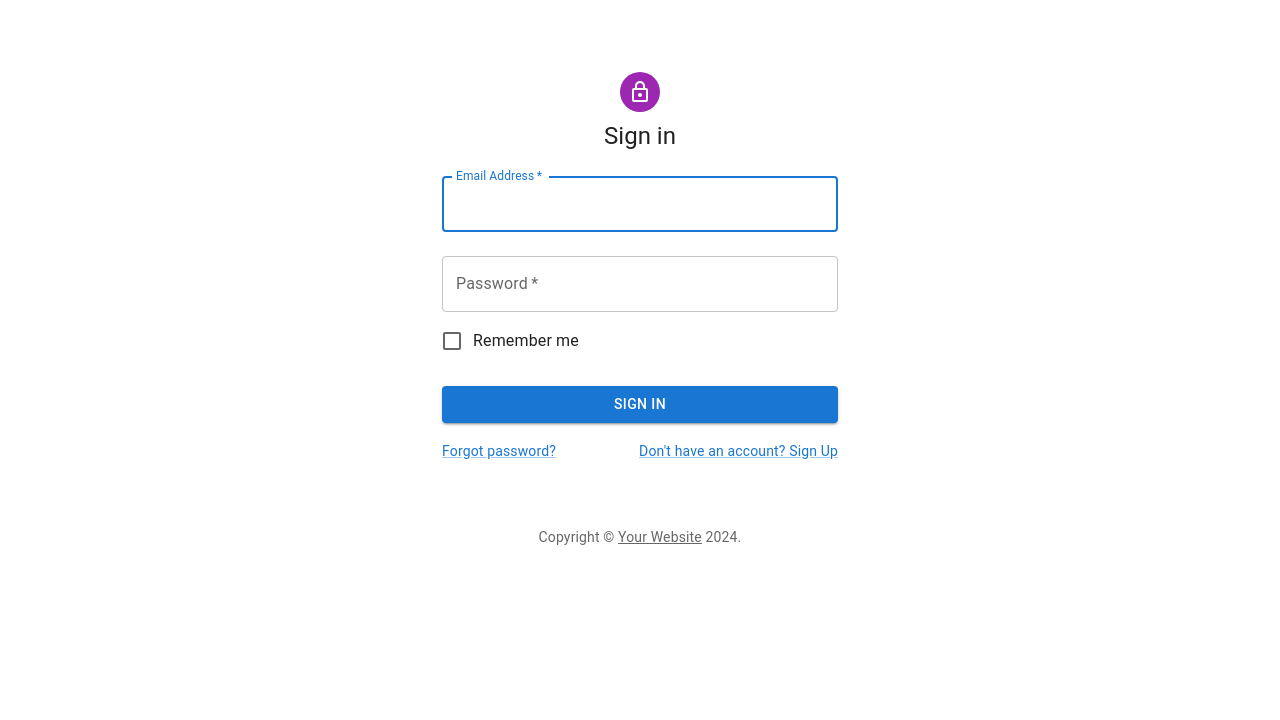
Repository: Milith97/Book-Borrowing-System
Page: /
These files come from the project's save history. The page is drawn as it stood at one moment and after the next save; the edit follows.
The browser window is 1280 px wide. The pictures show the whole page.
The project was rebuilt for these pictures with package versions that can differ from the ones it lists, and the page was loaded fresh each time. Also part of the build but not shown: vite.config.js, src/Componnts/SignUp.jsx, src/index.css.

Above is the page before, as saved 2024-03-25 13:40:16.

After the next save:
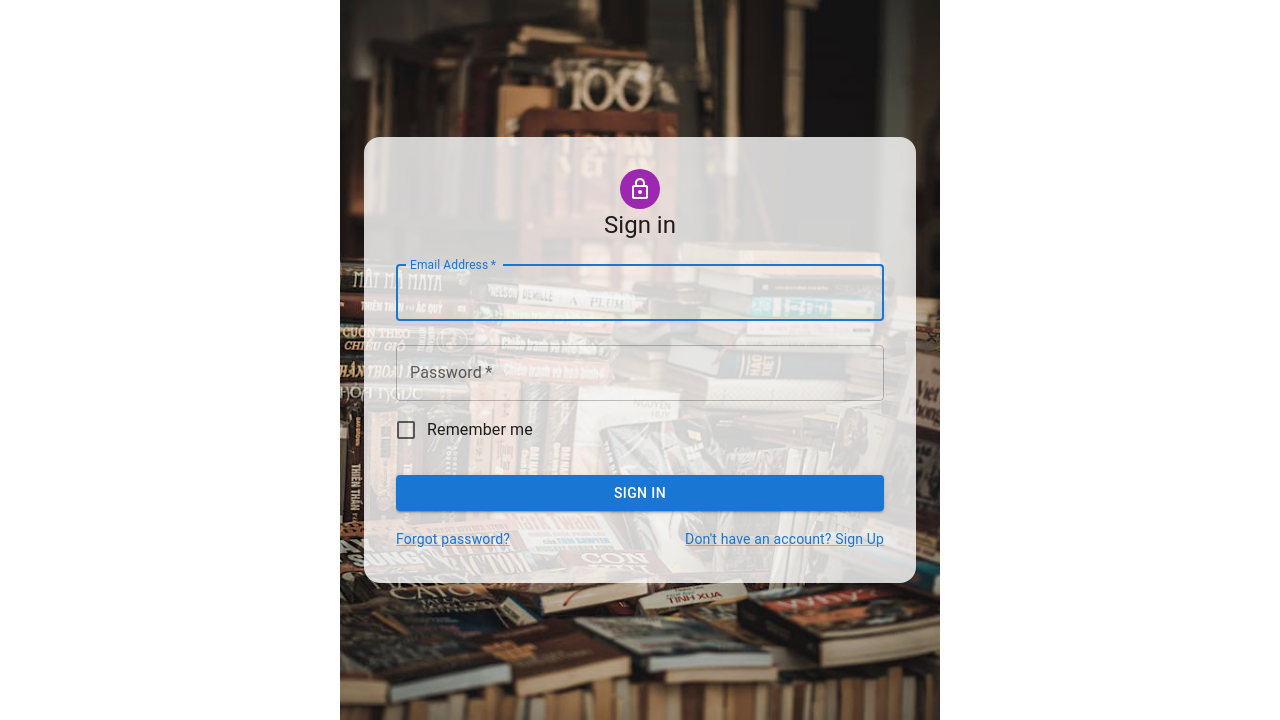
Saved 74 s later.
--- a/src/Componnts/SignIn.jsx
+++ b/src/Componnts/SignIn.jsx
@@ -1,4 +1,5 @@
-import * as React from 'react';
+import React from 'react';
+import { Link as RouterLink } from 'react-router-dom';
 import Avatar from '@mui/material/Avatar';
 import Button from '@mui/material/Button';
 import CssBaseline from '@mui/material/CssBaseline';
@@ -11,56 +12,38 @@ import Box from '@mui/material/Box';
 import LockOutlinedIcon from '@mui/icons-material/LockOutlined';
 import Typography from '@mui/material/Typography';
 import Container from '@mui/material/Container';
-import { Link as RouterLink } from 'react-router-dom';
 import { createTheme, ThemeProvider } from '@mui/material/styles';
 
-function Copyright(props) {
-  return (
-    <Typography variant="body2" color="text.secondary" align="center" {...props}>
-      {'Copyright © '}
-      <Link color="inherit" href="https://mui.com/">
-        Your Website
-      </Link>{' '}
-      {new Date().getFullYear()}
-      {'.'}
-    </Typography>
-  );
-}
-
-// TODO remove, this demo shouldn't need to reset the theme.
+// Import your image
+import signInImage from '../assets/img/signin.jpg';
 
 const defaultTheme = createTheme();
 
 export default function SignIn() {
-  const handleSubmit = (event) => {
-    event.preventDefault();
-    const data = new FormData(event.currentTarget);
-    console.log({
-      email: data.get('email'),
-      password: data.get('password'),
-    });
-  };
-
   return (
     <ThemeProvider theme={defaultTheme}>
-      <Container component="main" maxWidth="xs" sx={{ borderRadius:5,}}>
+      <Container
+        component="main"
+        maxWidth="sm"
+        sx={{
+          backgroundImage: `url(${signInImage})`,
+          backgroundSize: 'cover',
+          backgroundPosition: 'center',
+          minHeight: '100vh',
+          display: 'flex',
+          alignItems: 'center',
+          justifyContent: 'center',
+        }}
+      >
         <CssBaseline />
-        <Box
-          sx={{
-            marginTop: 8,
-            display: 'flex',
-            flexDirection: 'column',
-            alignItems: 'center',
-
-          }}
-        >
-          <Avatar sx={{ m: 1, bgcolor: 'secondary.main' }}>
+        <Box sx={{ bgcolor: 'rgba(255, 255, 255, 0.8)', p: 4, borderRadius: 4, minWidth: 300 }}>
+          <Avatar sx={{ m: 1, bgcolor: 'secondary.main', margin: 'auto' }}>
             <LockOutlinedIcon />
           </Avatar>
-          <Typography component="h1" variant="h5">
+          <Typography component="h1" variant="h5" align="center">
             Sign in
           </Typography>
-          <Box component="form" onSubmit={handleSubmit} noValidate sx={{ mt: 1 }}>
+          <Box component="form" noValidate sx={{ mt: 1 }}>
             <TextField
               margin="normal"
               required
@@ -95,7 +78,7 @@ export default function SignIn() {
             </Button>
             <Grid container>
               <Grid item xs>
-                <Link href="#" variant="body2">
+                <Link component={RouterLink} to="#" variant="body2">
                   Forgot password?
                 </Link>
               </Grid>
@@ -107,7 +90,6 @@ export default function SignIn() {
             </Grid>
           </Box>
         </Box>
-        <Copyright sx={{ mt: 8, mb: 4 }} />
       </Container>
     </ThemeProvider>
   );
